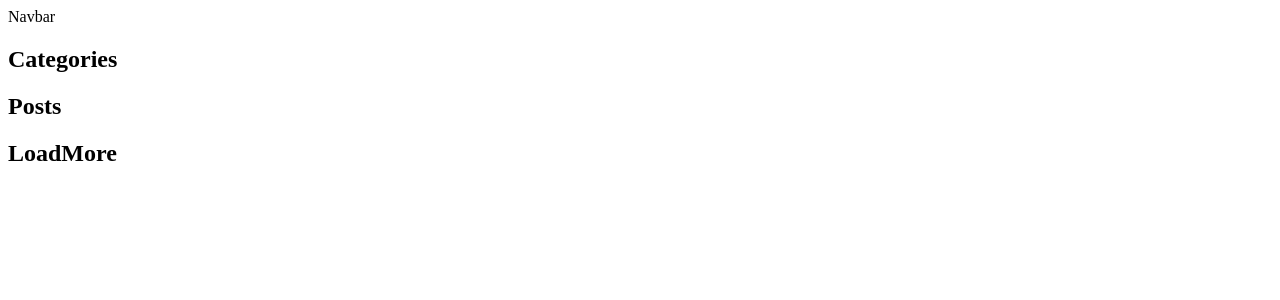
Repository: YUKIKAZE-nanoda/shigure_grafbase
Page: /
An editor plug-in stored every save of this project. The page is shown before and after a run of saves, followed by the edit.
The browser window is 1280 px wide. The pictures show the whole page.
The project was rebuilt for these pictures with package versions that can differ from the ones it lists, and the page was loaded fresh each time. The framework's server and built-in components were replaced by stand-ins that run in the browser. Also part of the build but not shown: next.config.js.

Above is the page before, as saved 2023-07-15 10:22:21.

### app/layout.tsx
export const metadata = {
  title: 'Flexibble',
  description: 'Showcase of flexbox layouts',
}

export default function RootLayout({
  children,
}: {
  children: React.ReactNode
}) {
  return (
    <html lang="en">
      <body>
        Navbar
        <main>{children}</main>
        </body>
    </html>
  )
}

### app/page.tsx
const Home = () => {
    return (

        <section className="flex-start flex-col paddings mb-16">
            <h1>Categories</h1>
            <h1>Posts</h1>
            <h1>LoadMore</h1>
        </section>

    )
}

export default Home;

After the next 2 saves:
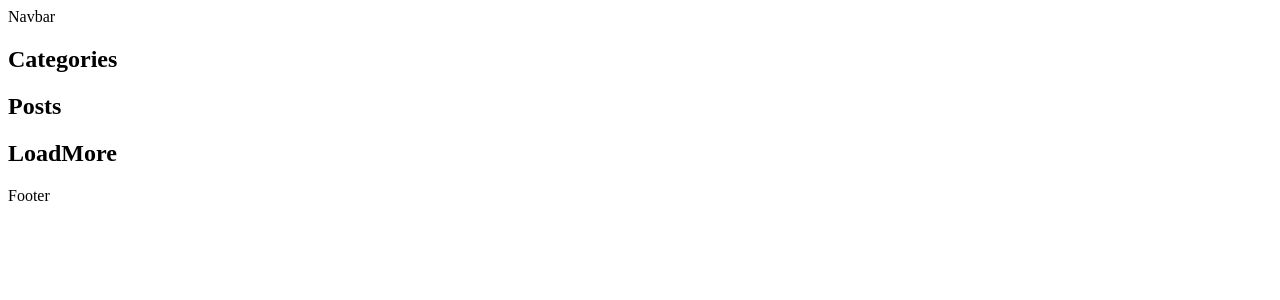
The 2 saves are shown as one change because they came seconds apart.
The last was saved 7 s later.
--- a/app/layout.tsx
+++ b/app/layout.tsx
@@ -13,6 +13,7 @@ export default function RootLayout({
       <body>
         Navbar
         <main>{children}</main>
+        Footer
         </body>
     </html>
   )
